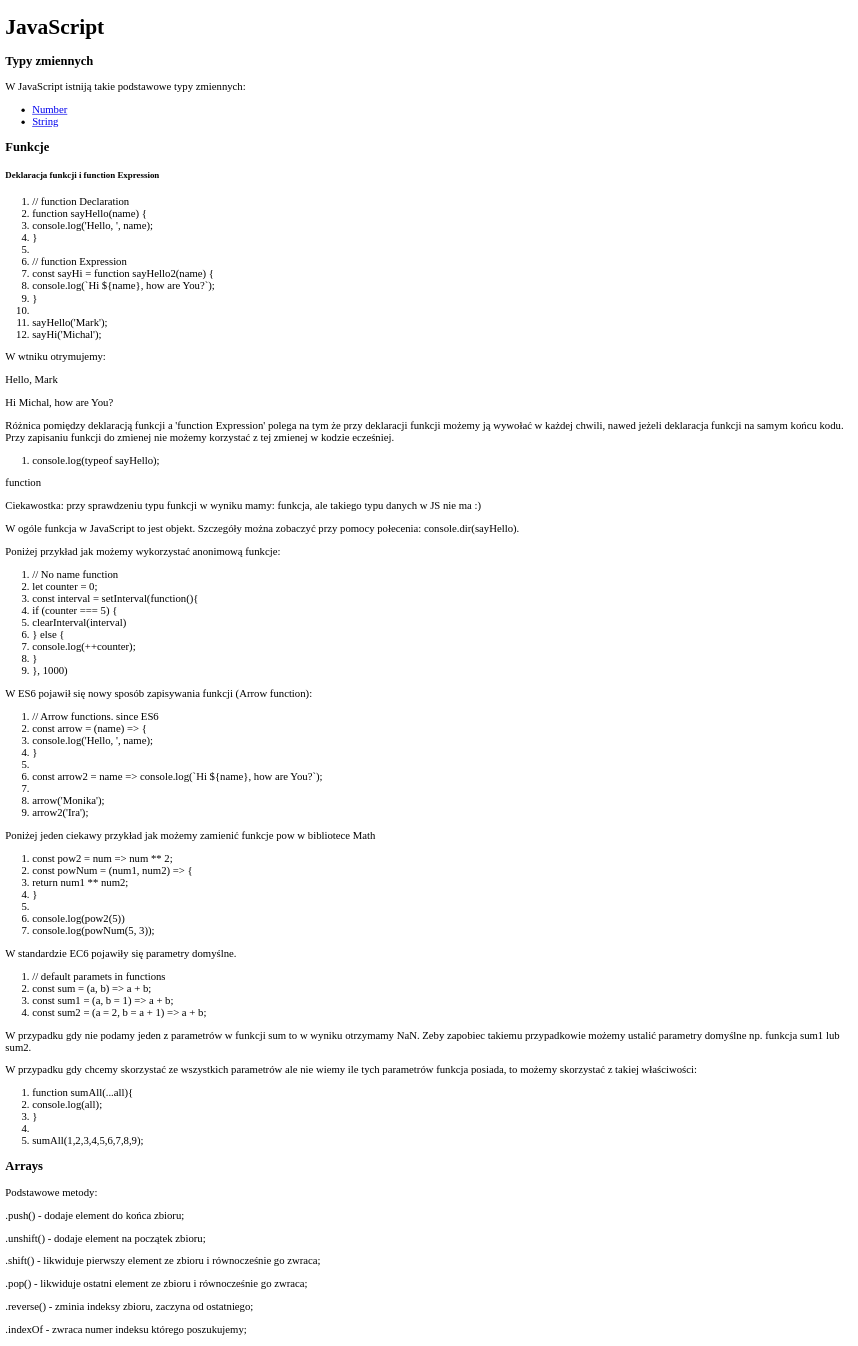
Repository: romanstetsiuk1/JS_learn
Page: noteJavaScript.html
These files come from the project's save history. The page is drawn as it stood at one moment and after the next save; the edit follows.
The browser window is 1280 px wide. The pictures show the whole page, at 67% of full size.

Above is the page before, as saved 2020-09-10 18:53:47.

### noteJavaScript.html
<!DOCTYPE html>
<html lang="en, pl">
<head>
  <meta charset="UTF-8">
  <title>Java Script</title>
</head>
<body>

  <main>
    <h1>JavaScript</h1>

    <article>
      <h3>Typy zmiennych</h3>
      <p>W JavaScript istniją takie podstawowe typy zmiennych:</p>
      <ul>
        <li><a href="number.html">Number</a></li>
        <li><a href="stringType.html">String</a></li>
      </ul>
    </article>

    <article>
      <h3>Funkcje</h3>
      <h5>Deklaracja funkcji i function Expression</h5>
        <div class="vsCode">
          <ol>
            <li>// function Declaration</li>
            <li>function sayHello(name) {</li>
            <li>  console.log('Hello, ', name);</li>
            <li>}</li>
            <li></li>
            <li>// function Expression</li>
            <li>const sayHi = function sayHello2(name) {</li>
            <li>console.log(`Hi ${name}, how are You?`);</li>
            <li>}</li>
            <li></li>
            <li>sayHello('Mark');</li>
            <li>sayHi('Michal');</li>
          </ol>
        </div>
        <p>W wtniku otrymujemy:</p>
        <div class="resultInConsole">
          <p>Hello,  Mark</p>
          <p>Hi Michal, how are You?</p>
        </div>
        <p>Różnica pomiędzy deklaracją funkcji a 'function Expression'
          polega na tym że przy deklaracji funkcji możemy ją wywołać w
          każdej chwili, nawed jeżeli deklaracja funkcji na samym końcu
          kodu. Przy zapisaniu funkcji do zmienej nie możemy korzystać
          z tej zmienej w kodzie ecześniej.
        </p>
        <div class="vsCode">
          <ol>
            <li>console.log(typeof sayHello);</li>
          </ol>
        </div>
        <div class="resultInConsole">
          <p>function</p>
        </div>
        <p>Ciekawostka: przy sprawdzeniu typu funkcji w wyniku mamy: funkcja,
          ale takiego typu danych w JS nie ma :)
        </p>
        <p>W ogóle funkcja w JavaScript to jest objekt. Szczegóły można zobaczyć
          przy pomocy połecenia: console.dir(sayHello).
        </p>

        <p>Poniżej przykład jak możemy wykorzystać anonimową funkcje:</p>
        <div class="vsCode">
          <ol>
            <li>// No name function</li>
            <li>let counter = 0;</li>
            <li>const interval = setInterval(function(){</li>
            <li>if (counter === 5) {</li>
            <li>clearInterval(interval)</li>
            <li>} else {</li>
            <li>console.log(++counter);</li>
            <li>}</li>
            <li>}, 1000)</li>
          </ol>
        </div>

        <p>W ES6 pojawił się nowy sposób zapisywania funkcji (Arrow function):</p>
        <div class="vsCode">
          <ol>
            <li>// Arrow functions. since ES6</li>
            <li>const arrow = (name) => {</li>
            <li>console.log('Hello, ', name);</li>
            <li>}</li>
            <li></li>
            <li>const arrow2 = name => console.log(`Hi ${name}, how are You?`);</li>
            <li></li>
            <li>arrow('Monika');</li>
            <li>arrow2('Ira');</li>
          </ol>
        </div>

        <p>Poniżej jeden ciekawy przykład jak możemy zamienić funkcje pow w
          bibliotece Math
        </p>
        <div class="vsCode">
          <ol>
            <li>const pow2 = num => num ** 2;</li>
            <li>const powNum = (num1, num2) => {</li>
            <li>return num1 ** num2;</li>
            <li>}</li>
            <li></li>
            <li>console.log(pow2(5))</li>
            <li>console.log(powNum(5, 3));</li>
          </ol>
        </div>

        <p>W standardzie EC6 pojawiły się parametry domyślne.</p>
        <div class="vsCode">
          <ol>
            <li>// default paramets in functions</li>
            <li>const sum = (a, b) => a + b;</li>
            <li>const sum1 = (a, b = 1) => a + b;</li>
            <li>const sum2 = (a = 2, b = a + 1) => a + b;</li>
          </ol>
        </div>
        <p>W przypadku gdy nie podamy jeden z parametrów w funkcji sum
          to w wyniku otrzymamy NaN. Zeby zapobiec takiemu przypadkowie
          możemy ustalić parametry domyślne np. funkcja sum1 lub sum2.
        </p>

        <p>W przypadku gdy chcemy skorzystać ze wszystkich parametrów ale nie wiemy
          ile tych parametrów funkcja posiada, to możemy skorzystać z takiej właściwości:
        </p>
        <div class="vsCode">
          <ol>
            <li>function sumAll(...all){</li>
            <li>console.log(all);</li>
            <li>}</li>
            <li></li>
            <li>sumAll(1,2,3,4,5,6,7,8,9);</li>
          </ol>
        </div>

    </article>
    <article>
      <h3>Arrays</h3>
      <p>Podstawowe metody:</p>
      <p>.push() - dodaje element do końca zbioru;</p>
      <p>.unshift() - dodaje element na początek zbioru;</p>
      <p>.shift() - likwiduje pierwszy element ze zbioru i równocześnie go zwraca;</p>
      <p>.pop() - likwiduje ostatni element ze zbioru i równocześnie go zwraca;</p>
      <p>.reverse() - zminia indeksy zbioru, zaczyna od ostatniego;</p>
      <p>.indexOf - zwraca numer indeksu którego poszukujemy;</p>

    </article>

  </main>


  <!-- <script src="functionExample.js"></script> -->
  <script src="arraysExample.js"></script>
</body>
</html>

### arraysExample.js
const names = ['Leo', 'Nina', 'Mark', 'Dominika'];
const people = [
  {name:'user1', age:26},
  {name:'user2', age:31},
  {name:'user3', age:29},
  {name:'user4', age:21},
]

// Method
names.push('Jack');
console.log(names);
names.unshift('Marta');
console.log(names);

const firstItem = names.shift();
console.log(firstItem);
console.log(names);

const lastItem = names.pop();
console.log(lastItem);
console.log(names);

console.log(names.reverse());

console.log(names.indexOf('Mark'));
const indexNr = names.indexOf('Mark');
names[indexNr] = 'John';
console.log(names);

const indexPeople = people.findIndex(function(person){
  return person.age === 29;
})
console.log(indexPeople);
console.log(people[indexPeople]);

After the next save:
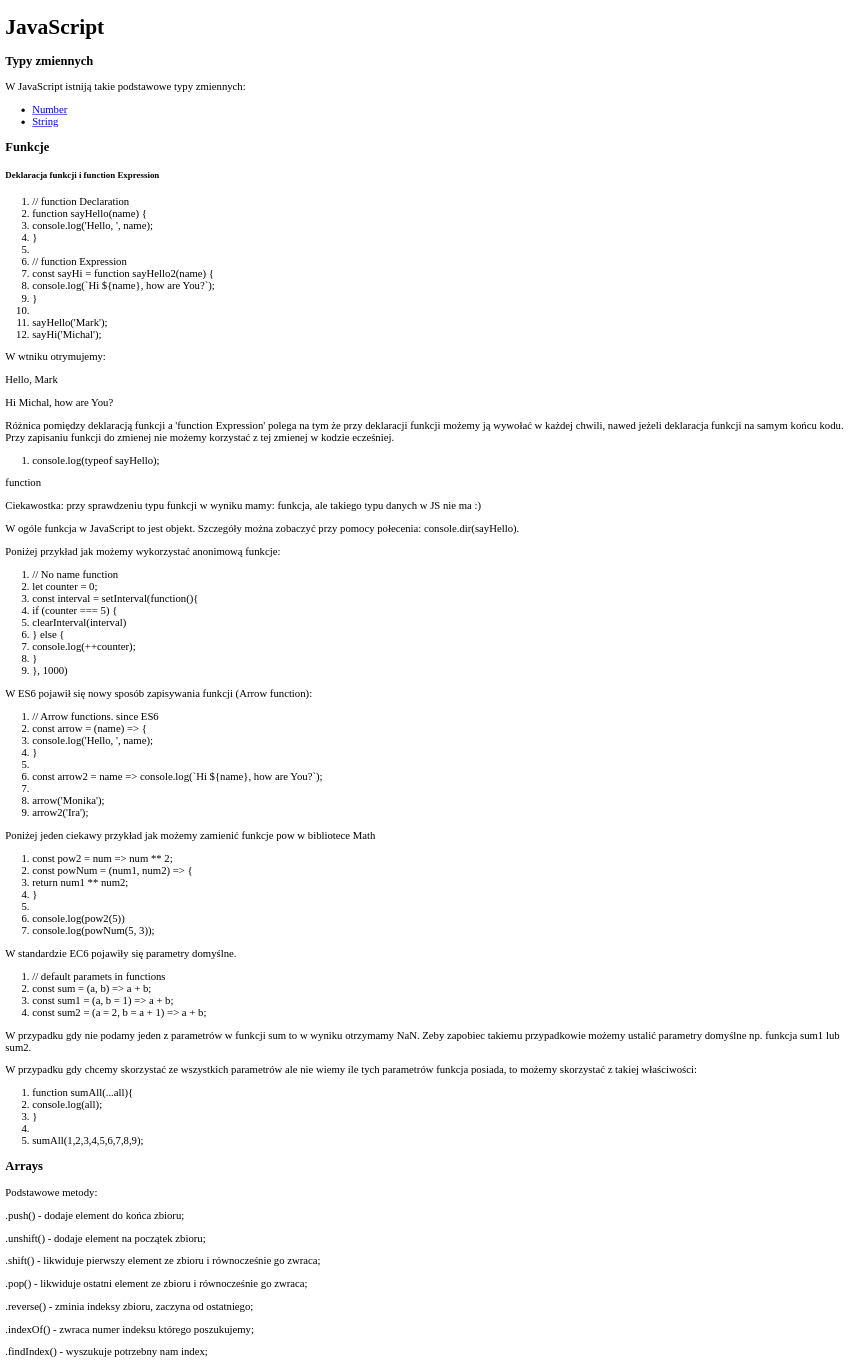
Saved 109 s later.
--- a/noteJavaScript.html
+++ b/noteJavaScript.html
@@ -144,7 +144,8 @@
       <p>.shift() - likwiduje pierwszy element ze zbioru i równocześnie go zwraca;</p>
       <p>.pop() - likwiduje ostatni element ze zbioru i równocześnie go zwraca;</p>
       <p>.reverse() - zminia indeksy zbioru, zaczyna od ostatniego;</p>
-      <p>.indexOf - zwraca numer indeksu którego poszukujemy;</p>
+      <p>.indexOf() - zwraca numer indeksu którego poszukujemy;</p>
+      <p>.findIndex() - wyszukuje potrzebny nam index;</p>
 
     </article>
 
